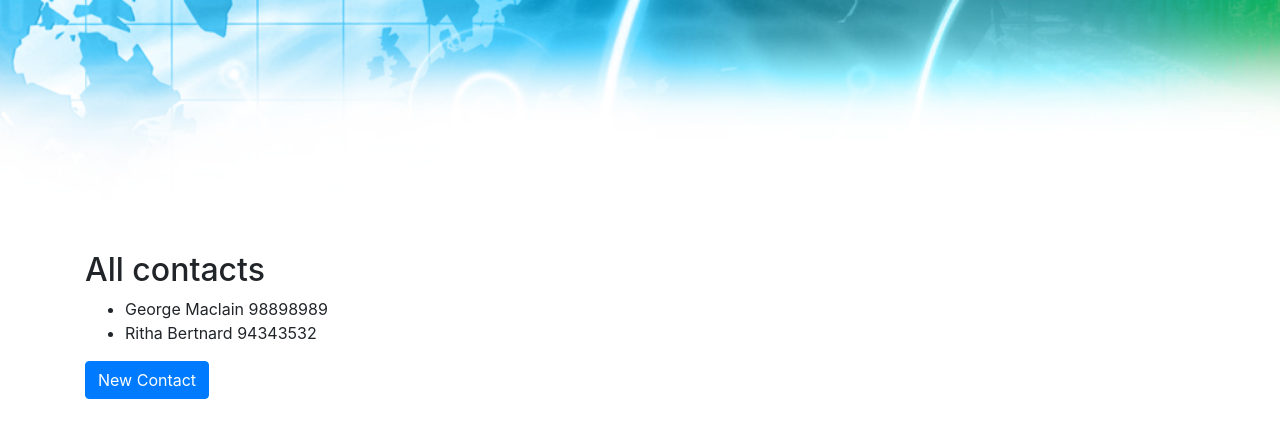
Repository: fishercom/react-phonebook
Page: /
An editor plug-in stored every save of this project. The page is shown before and after the next save, followed by the edit.
The browser window is 1280 px wide. The pictures show the whole page.
The project was rebuilt for these pictures with package versions that can differ from the ones it lists, and the page was loaded fresh each time. Also part of the build but not shown: src/App.css, src/components/Form.js.

Above is the page before, as saved 2021-01-30 23:12:42.

After the next save:
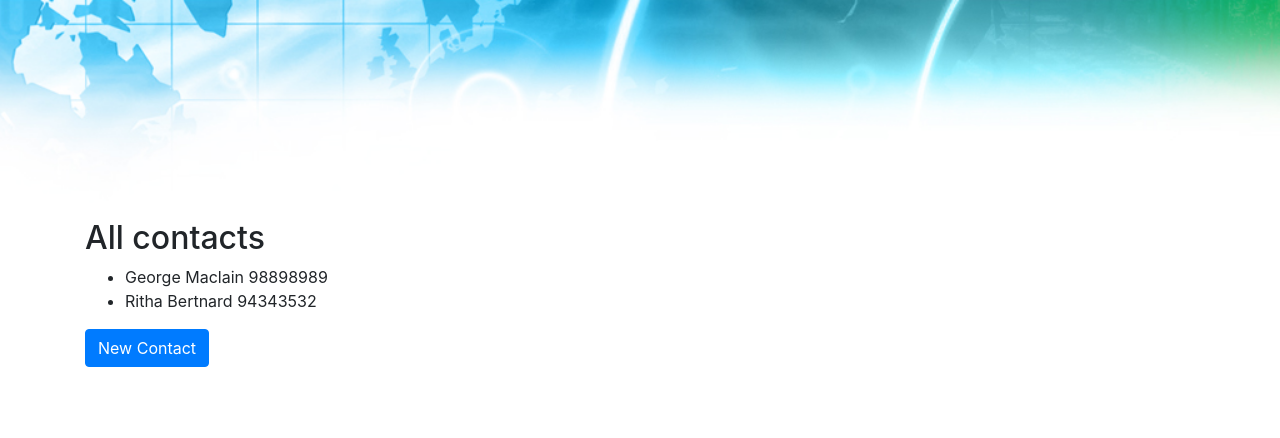
Saved 38 s later.
--- a/src/App.js
+++ b/src/App.js
@@ -51,7 +51,7 @@ class App extends React.Component {
         <header>
           <img src={header} alt="header" style={{width: '100%'}} />
         </header>
-        <div className="container mt-5">
+        <div className="container mt-3">
         {view}
         </div>
       </div>)
